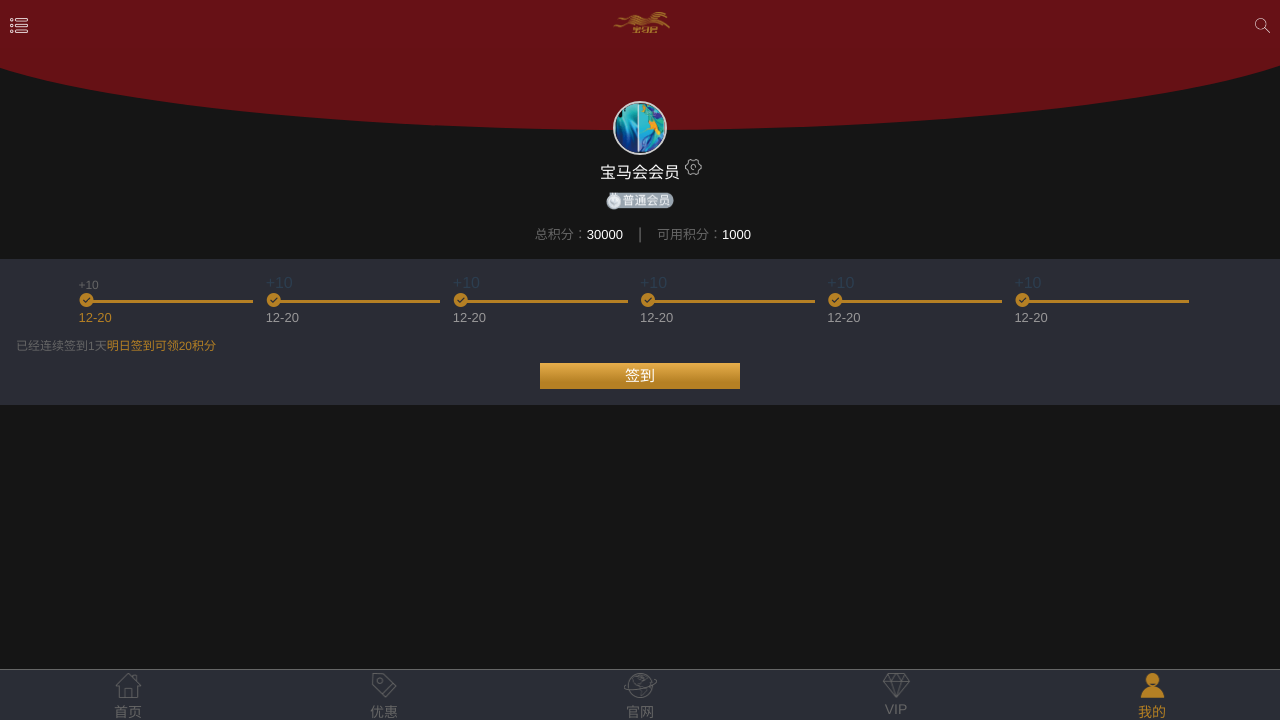
Repository: ada6688/IntegralMall
Page: /Member
The author's editor kept a copy of each file at every save. The page is drawn from the files as they stood at one save, then again after the next save.
The browser window is 1280 px wide. The pictures show the whole page.
The project was rebuilt for these pictures with package versions that can differ from the ones it lists, and the page was loaded fresh each time. Also part of the build but not shown: src/components/page/notice.vue, src/components/page/shouye.vue, src/components/page/Vip.vue, src/components/page/Youhui.vue, src/router/index.js.

Above is the page before, as saved 2020-01-04 16:15:34.

After the next save:
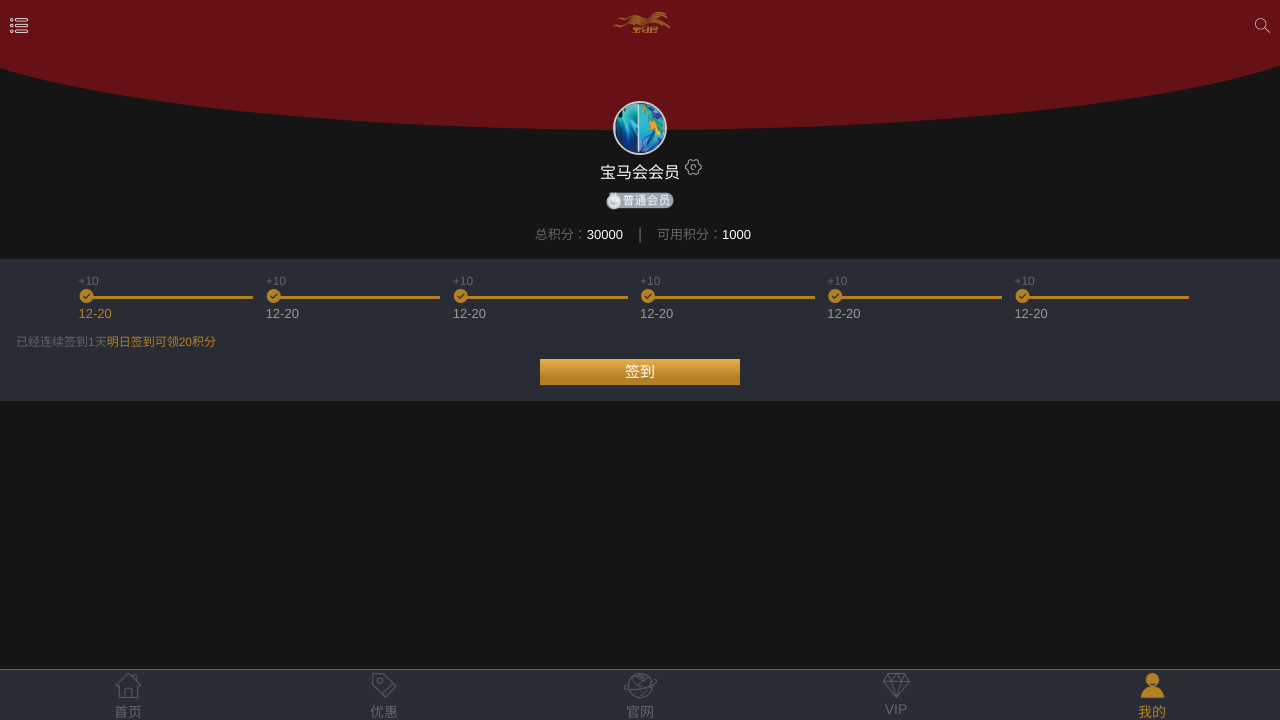
Saved 26 s later.
--- a/src/components/page/Member.vue
+++ b/src/components/page/Member.vue
@@ -40,31 +40,31 @@
             <p class="member-signIn-date-active">12-20</p>
           </div>
           <div class="member-signIn-status-1">
-            <p>+10</p>
+            <p class="member-signIn-in">+10</p>
             <i class="el-icon-success member-signIn-icon-active"></i>
             <span class="member-signIn-line member-signIn-active"></span>
             <p class="member-signIn-date">12-20</p>
           </div>
           <div class="member-signIn-status-1">
-            <p>+10</p>
+            <p class="member-signIn-in">+10</p>
             <i class="el-icon-success member-signIn-icon-active"></i>
             <span class="member-signIn-line member-signIn-active"></span>
             <p class="member-signIn-date">12-20</p>
           </div>
           <div class="member-signIn-status-1">
-            <p>+10</p>
+            <p class="member-signIn-in">+10</p>
             <i class="el-icon-success member-signIn-icon-active"></i>
             <span class="member-signIn-line member-signIn-active"></span>
             <p class="member-signIn-date">12-20</p>
           </div>
           <div class="member-signIn-status-1">
-            <p>+10</p>
+            <p class="member-signIn-in">+10</p>
             <i class="el-icon-success member-signIn-icon-active"></i>
             <span class="member-signIn-line member-signIn-active"></span>
             <p class="member-signIn-date">12-20</p>
           </div>
           <div class="member-signIn-status-1">
-            <p>+10</p>
+            <p class="member-signIn-in">+10</p>
             <i class="el-icon-success member-signIn-icon-active"></i>
             <span class="member-signIn-line member-signIn-active"></span>
             <p class="member-signIn-date">12-20</p>
